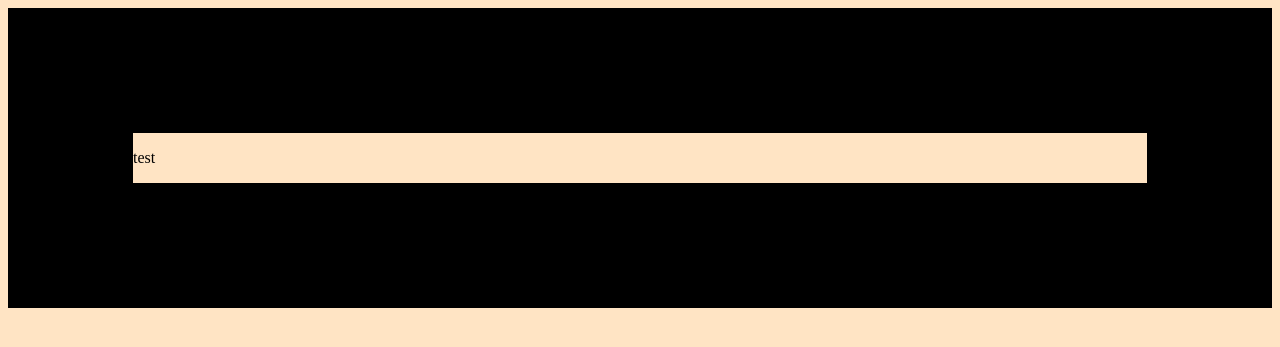
Repository: noahcallen/LAB-calculator
Page: index.html
The author's editor kept a copy of each file at every save. The page is drawn from the files as they stood at one save, then again after the next save.
The browser window is 1280 px wide. The pictures show the whole page.

Above is the page before, as saved 2024-07-09 21:07:52.

### index.html
<!DOCTYPE html>
<html lang="en">
<head>
  <meta charset="UTF-8">
  <meta name="viewport" content="width=device-width, initial-scale=1.0">
  <title>Document</title>
  <link rel="stylesheet" href="main.css">
  <meta name="viewport" content="width=device-width, initial-scale=1">
</head>
<body>
  <!-- box for calculator outline -->
  <div class="outline">
    <p>test</p>
  </div>




  <script src="main.js"></script>
  <!-- import js bootstrap -->
  <script src="https://cdn.jsdelivr.net/npm/bootstrap@5.3.3/dist/js/bootstrap.bundle.min.js" integrity="sha384-YvpcrYf0tY3lHB60NNkmXc5s9fDVZLESaAA55NDzOxhy9GkcIdslK1eN7N6jIeHz" crossorigin="anonymous"></script>
</body>
</html>

### main.css
body {
  background-color: bisque;
}

.outline {
  border: solid 125px black;
}

Loaded but not shown: main.js (no stored copy; drawn as an empty file)

After the next save:
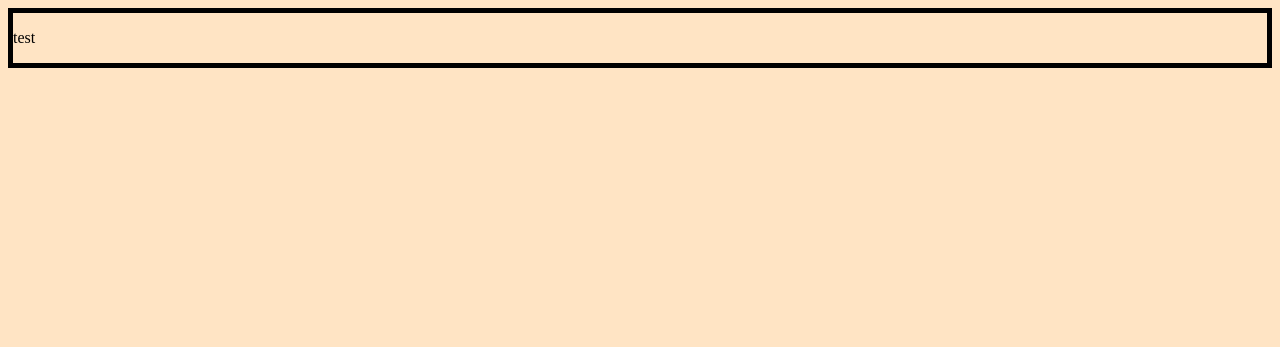
Saved 18 s later.
--- a/main.css
+++ b/main.css
@@ -3,5 +3,5 @@ body {
 }
 
 .outline {
-  border: solid 125px black;
+  border: solid 5px black;
 }
